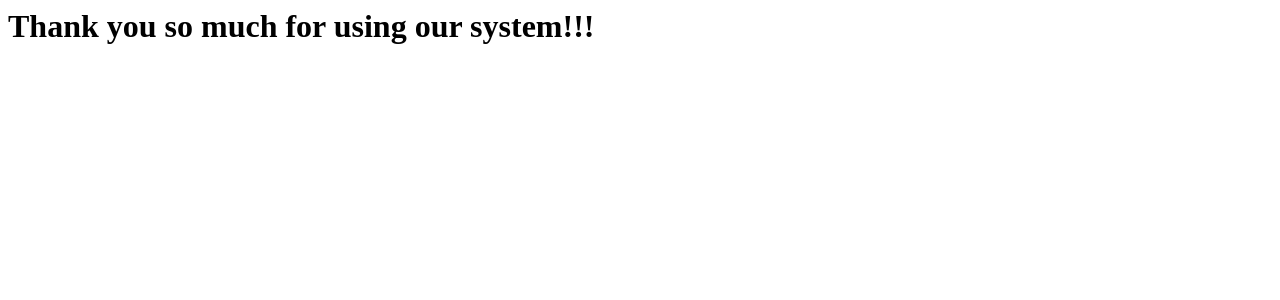
Repository: Kutty39/WebApps
Page: http://localhost/WebPageApp1/logout.jsp
An editor plug-in stored every save of this project. The page is shown before and after the next save, followed by the edit.
The browser window is 1280 px wide. The pictures show the whole page.
The page is served by Tomcat 9. The session is filled in as if someone had signed in: {"user": "testuser", "detail": 1}. Other server files are loaded and not shown.

Above is the page before, as saved 2019-12-09 11:55:22.

### LoginRegistrationPage/WebPageApp1/src/main/webapp/logout.jsp
<%@ page language="java" contentType="text/html; charset=UTF-8"
    pageEncoding="UTF-8"%>
<div class="out-container">
<h1>Thank you so much for using our system!!!</h1>

</div>

After the next save:
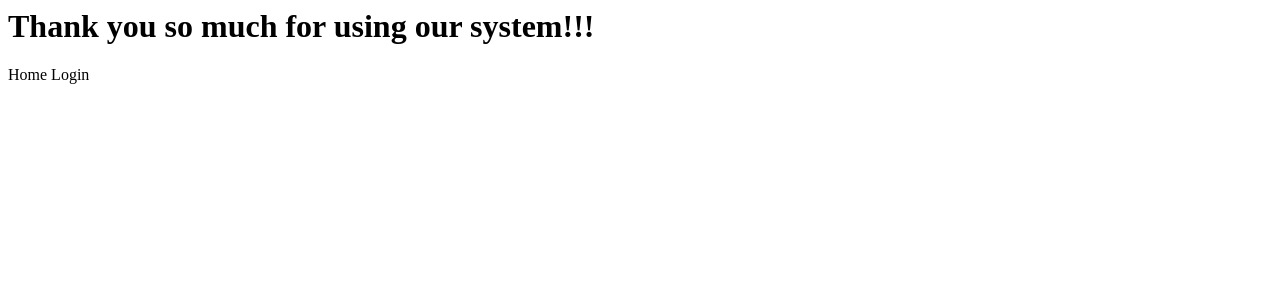
Saved 2 min 8 s later.
--- a/LoginRegistrationPage/WebPageApp1/src/main/webapp/logout.jsp
+++ b/LoginRegistrationPage/WebPageApp1/src/main/webapp/logout.jsp
@@ -2,5 +2,6 @@
     pageEncoding="UTF-8"%>
 <div class="out-container">
 <h1>Thank you so much for using our system!!!</h1>
-
+<a class="button home">Home</a>
+<a class="button login">Login</a>
 </div>
